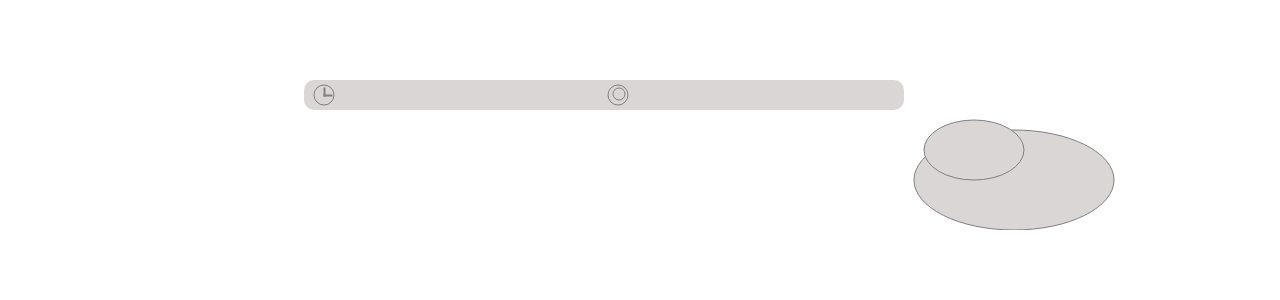
Repository: Gaj123-coder/emoji-search-app
Page: /
These files come from the project's save history. The page is drawn as it stood at one moment and after a run of saves; the edit follows.
The browser window is 1280 px wide. The pictures show the whole page.
The project was rebuilt for these pictures with package versions that can differ from the ones it lists, and the page was loaded fresh each time.

Above is the page before, as saved 2021-10-30 14:41:07.

After the next 2 saves:
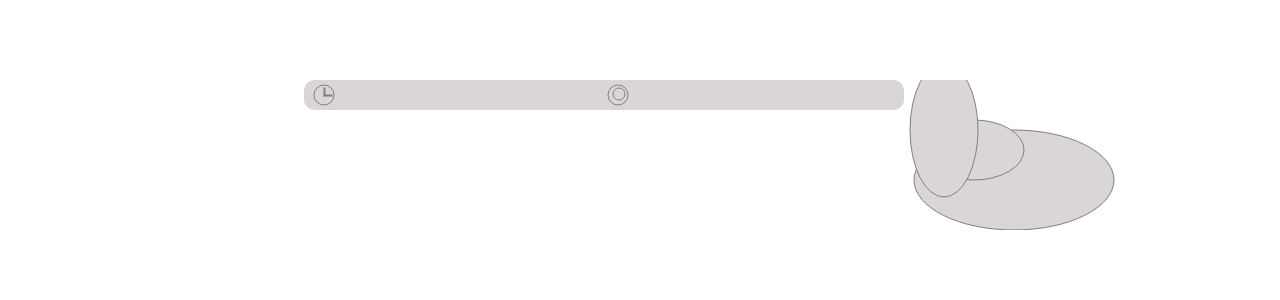
The 2 saves are shown as one change because they came seconds apart.
The last was saved 37 s later.
--- a/src/App.js
+++ b/src/App.js
@@ -20,6 +20,7 @@ function App() {
         <svg>
           <ellipse cx="110" cy="100" rx="100" ry="50" stroke="grey" strokeWidth="1px" fill="rgb(218, 214, 214)"/>
           <ellipse cx="70" cy="70 " rx="50" ry="30" stroke="grey" strokeWidth="1px" fill="rgb(218, 214, 214)"/>
+          <ellipse cx="40" cy="50" rx="34" ry="67" stroke="grey" strokeWidth="1px" fill="rgb(218, 214, 214)"/>
         </svg>
       </div>
     </div>
